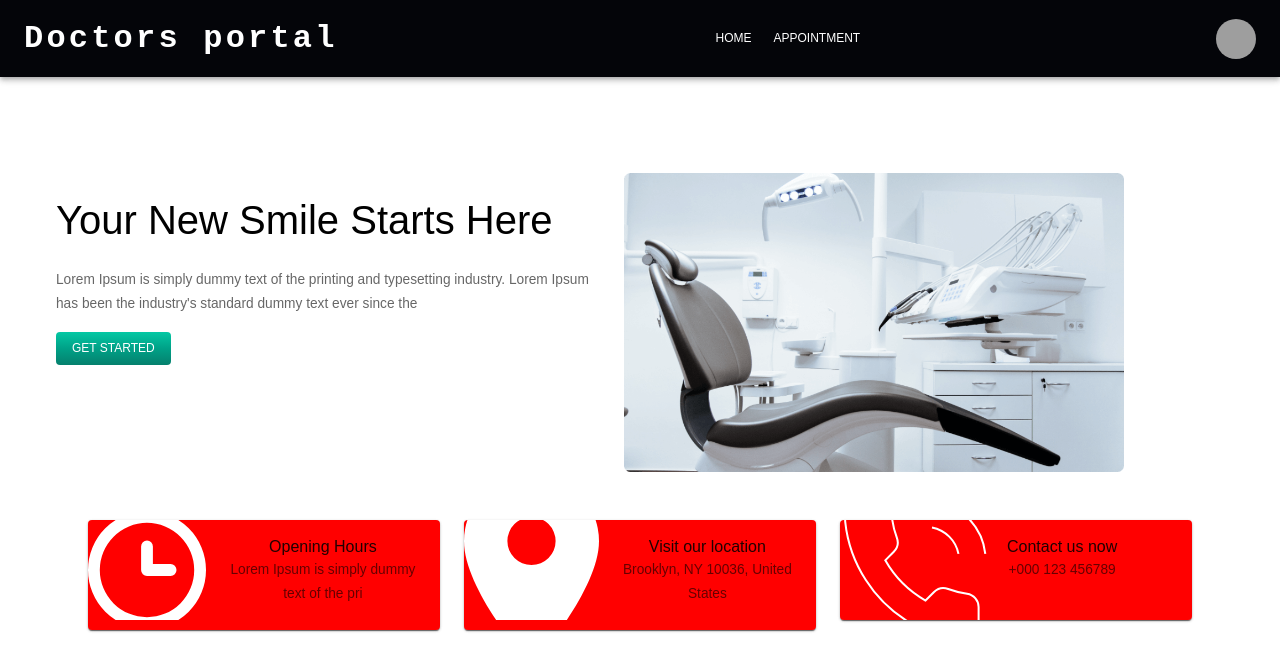
Repository: mdrubel02/health-care
Page: /
An editor plug-in stored every save of this project. The page is shown before and after the next save, followed by the edit.
The browser window is 1280 px wide. The pictures show the whole page.
Pictures or frames that could not be fetched are drawn as grey boxes. The project was rebuilt for these pictures with package versions that can differ from the ones it lists, and the page was loaded fresh each time. Also part of the build but not shown: src/Pages/Appointment/Appointment.js.

Above is the page before, as saved 2022-11-15 11:38:03.

After the next save:
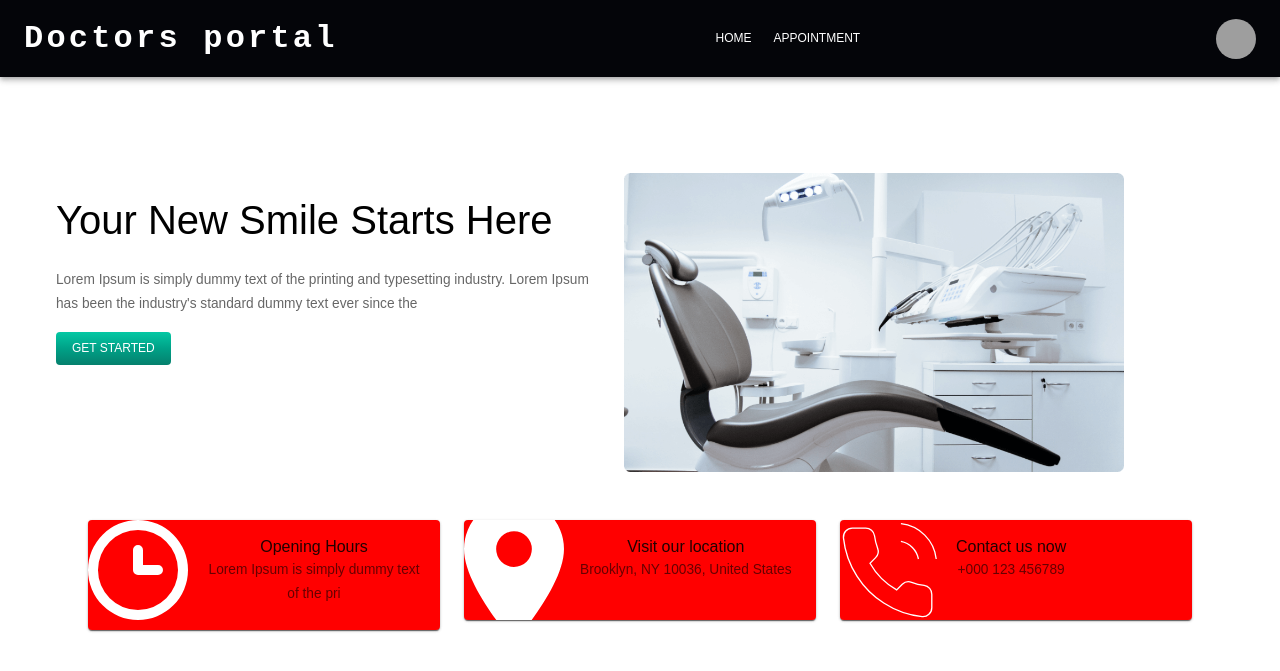
Saved 14 s later.
--- a/src/Pages/Home/Information/Information.js
+++ b/src/Pages/Home/Information/Information.js
@@ -28,7 +28,7 @@ const Information = () => {
                            <Item> <Card sx={{ display: 'flex' ,backgroundColor: 'red'  }}>
                                 <CardMedia
                                     component="img"
-                                    sx={{ width: 151, height: 100,}}
+                                    sx={{ width: 100, height: 100,}}
                                     image={menu.img}
                                     alt="Live from space album cover"
                                 />
